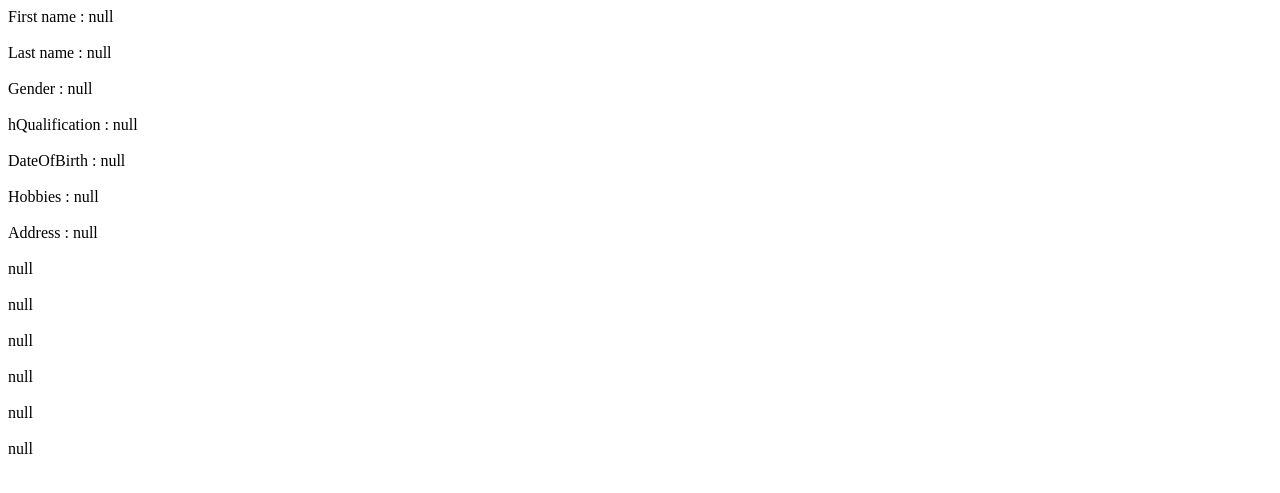
Repository: Rccalfa123/JEE
Page: http://localhost/MyFirstServlet/MyServlet
These files come from the project's save history. The page is drawn as it stood at one moment and after the next save; the edit follows.
The browser window is 1280 px wide. The pictures show the whole page.
The page is served by Tomcat 9.

Above is the page before, as saved 2018-08-07 12:03:09.

### MyFirstServlet/WebContent/ResumeService.jsp
<%@page import="com.cg.myServlet.pojo.Resume"%>
<%@ page language="java" contentType="text/html; charset=ISO-8859-1"
    pageEncoding="ISO-8859-1"%>
<!DOCTYPE html>
<html>
<head>
<meta charset="ISO-8859-1">
<title>Insert title here</title>
</head>
<body>
<%
   Resume resume = (Resume)request.getAttribute("ResumeRequest");
 %>

First name : <%=resume.getFirstName()%><br><br>
Last name  : <%=resume.getLastName()%><br><br>
Gender     : <%=resume.getGender()%><br><br>
hQualification : <%=resume.getHighestQualification()%><br><br>
DateOfBirth : <%=resume.getDateOfBirth()%><br><br>
Hobbies : <%=resume.getHobbies()%><br><br>
Address :  <%=resume.getAddress()%><br><br>
			 <%=resume.getPhoto()%><br><br>
 			 <%=resume.getSkills()%><br><br>
			 <%=resume.getEmail()%><br><br>
			 <%=resume.getWebsite()%><br><br>
			 <%=resume.getContactNo()%><br><br>
			 <%=resume.getSummary()%> <br><br>

</body>
</html>

### MyFirstServlet/src/com/cg/myServelet/controller/MyServlet.java
package com.cg.myServelet.controller;

import java.io.IOException;

import javax.servlet.RequestDispatcher;
import javax.servlet.ServletException;
import javax.servlet.annotation.WebServlet;
import javax.servlet.http.HttpServlet;
import javax.servlet.http.HttpServletRequest;
import javax.servlet.http.HttpServletResponse;

import com.cg.myServlet.pojo.Resume;


@WebServlet("/MyServlet")
public class MyServlet extends HttpServlet {
	private static final long serialVersionUID = 1L;

	protected void doGet(HttpServletRequest request, HttpServletResponse response) throws ServletException, IOException {

		String firstName = request.getParameter("fname");
		String lastName = request.getParameter("lname");
		String gender = request.getParameter("gender");
		String highestQualification = request.getParameter("qualification");
		String dateOfBirth = request.getParameter("dob");
		String hobbies[] = request.getParameterValues("hobbies");
		String address = request.getParameter("address");
		String photo = request.getParameter("photo");
		String skills[] = request.getParameterValues("skills");
		String email = request.getParameter("email");
		String website = request.getParameter("website");
		String contactNo = request.getParameter("contact_no");
		String summary = request.getParameter("summary");

	    Resume resume = new Resume(firstName, lastName, gender, highestQualification, dateOfBirth, hobbies, address, photo, skills, email, website, contactNo, summary);

	    request.setAttribute("ResumeRequest", resume);

	    RequestDispatcher dispatcher = request.getRequestDispatcher("ResumeService.jsp");

	    dispatcher.forward(request, response);

	}

	protected void doPost(HttpServletRequest request, HttpServletResponse response) throws ServletException, IOException {
		doGet(request, response);
	}

}

### MyFirstServlet/src/com/cg/myServlet/pojo/Resume.java
package com.cg.myServlet.pojo;

public class Resume {
private String firstName;
private String lastName;
private String gender;
private String highestQualification;
private String dateOfBirth;
private String[] Hobbies;   ;
private String Address;
private String photo;
private String[] skills;
private String email;
private String Website;
private String contactNo;
private String summary;


public Resume(String firstName, String lastName, String gender, String highestQualification, String dateOfBirth,
		String[] hobbies, String address, String photo, String[] skills, String email, String website, String contactNo,
		String summary) {
	super();
	this.firstName = firstName;
	this.lastName = lastName;
	this.gender = gender;
	this.highestQualification = highestQualification;
	this.dateOfBirth = dateOfBirth;
	Hobbies = hobbies;
	Address = address;
	this.photo = photo;
	this.skills = skills;
	this.email = email;
	Website = website;
	this.contactNo = contactNo;
	this.summary = summary;
}


public String getFirstName() {
	return firstName;
}


public String getLastName() {
	return lastName;
}


public String getGender() {
	return gender;
}


public String getHighestQualification() {
	return highestQualification;
}


public String getDateOfBirth() {
	return dateOfBirth;
}


public String[] getHobbies() {
	return Hobbies;
}


public String getAddress() {
	return Address;
}


public String getPhoto() {
	return photo;
}


public String[] getSkills() {
	return skills;
}


public String getEmail() {
	return email;
}


public String getWebsite() {
	return Website;
}


public String getContactNo() {
	return contactNo;
}


public String getSummary() {
	return summary;
}





}

After the next save:
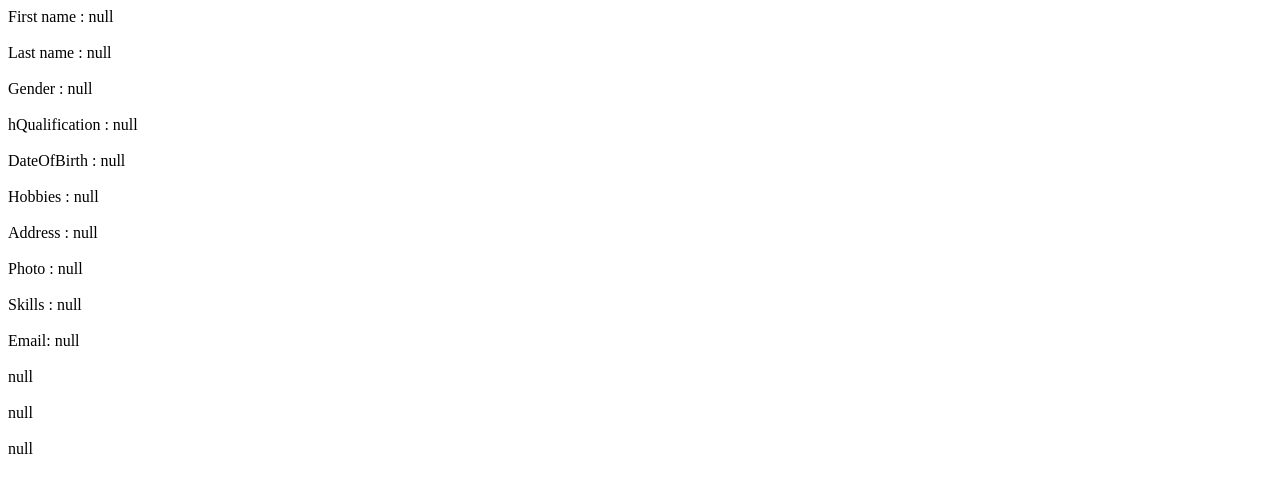
Saved 28 s later.
--- a/MyFirstServlet/WebContent/ResumeService.jsp
+++ b/MyFirstServlet/WebContent/ResumeService.jsp
@@ -19,9 +19,9 @@ hQualification : <%=resume.getHighestQualification()%><br><br>
 DateOfBirth : <%=resume.getDateOfBirth()%><br><br>
 Hobbies : <%=resume.getHobbies()%><br><br>
 Address :  <%=resume.getAddress()%><br><br>
-			 <%=resume.getPhoto()%><br><br>
- 			 <%=resume.getSkills()%><br><br>
-			 <%=resume.getEmail()%><br><br>
+Photo : <%=resume.getPhoto()%><br><br>
+ Skills : <%=resume.getSkills()%><br><br>
+Email:  <%=resume.getEmail()%><br><br>
 			 <%=resume.getWebsite()%><br><br>
 			 <%=resume.getContactNo()%><br><br>
 			 <%=resume.getSummary()%> <br><br>
